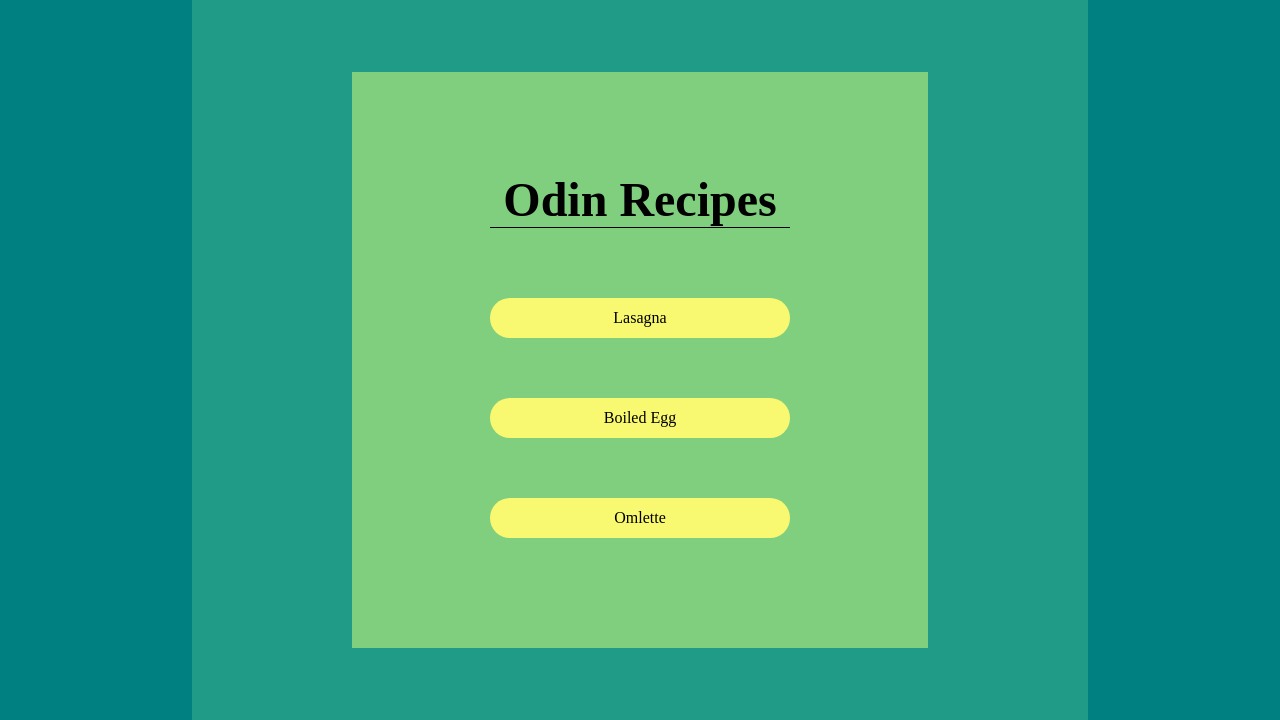
Repository: Pafestivo/odin-recipes
Page: index.html
These files come from the project's save history. The page is drawn as it stood at one moment and after a run of saves; the edit follows.
The browser window is 1280 px wide. The pictures show the whole page.

Above is the page before, as saved 2022-09-24 12:35:20.

### index.html
<!DOCTYPE html>
<html lang="en">
<head>
    <meta charset="UTF-8">
    <meta name="viewport" content="width=device-width, initial-scale=1.0">
    <link rel="stylesheet" href="css/styles.css">
    <title>Odin Recipes</title>
</head>
<body>
    <div class="container">
        <div class="inner">
            <h1>Odin Recipes</h1>
            <ul>
                <li><a href="recipes/lasagna.html">Lasagna</a></li>
                <li><a href="recipes/boiled-egg.html">Boiled Egg</a></li>
                <li><a href="recipes/omlette.html">Omlette</a></li>
            </ul>
        </div>
    </div>
</body>
</html>

### css/styles.css
* {
  box-sizing: border-box;
  padding: 0;
  margin: 0;
}

body {
  font-family: serif;
  background-color: #008080;
  padding: 1;
}

.container {
  background-color: #209B87;
  display: flex;
  width: 70vw;
  height: 100vh;
  padding: 1px;
  margin: 0 auto;
}

.inner {
  background-color: #80CF7F;
  width: 45vw;
  height: 80vh;
  margin: auto;
}

h1 {
  text-align: center;
  font-size: 3rem;
  margin: 100px auto 40px auto;
  border-bottom: 1px solid black;
  width: 300px;
}

ul {
  list-style: none;
  display: flex;
  align-items: center;
  justify-content: center;
  flex-direction: column;
}

a {
  display: flex;
  justify-content: center;
  align-items: center;
  margin: 30px 0;
  width: 300px;
  height: 40px;
  border-radius: 20px;
  text-decoration: none;
  color: inherit;
  background-color: #F9F871;
}

After the next 2 saves:
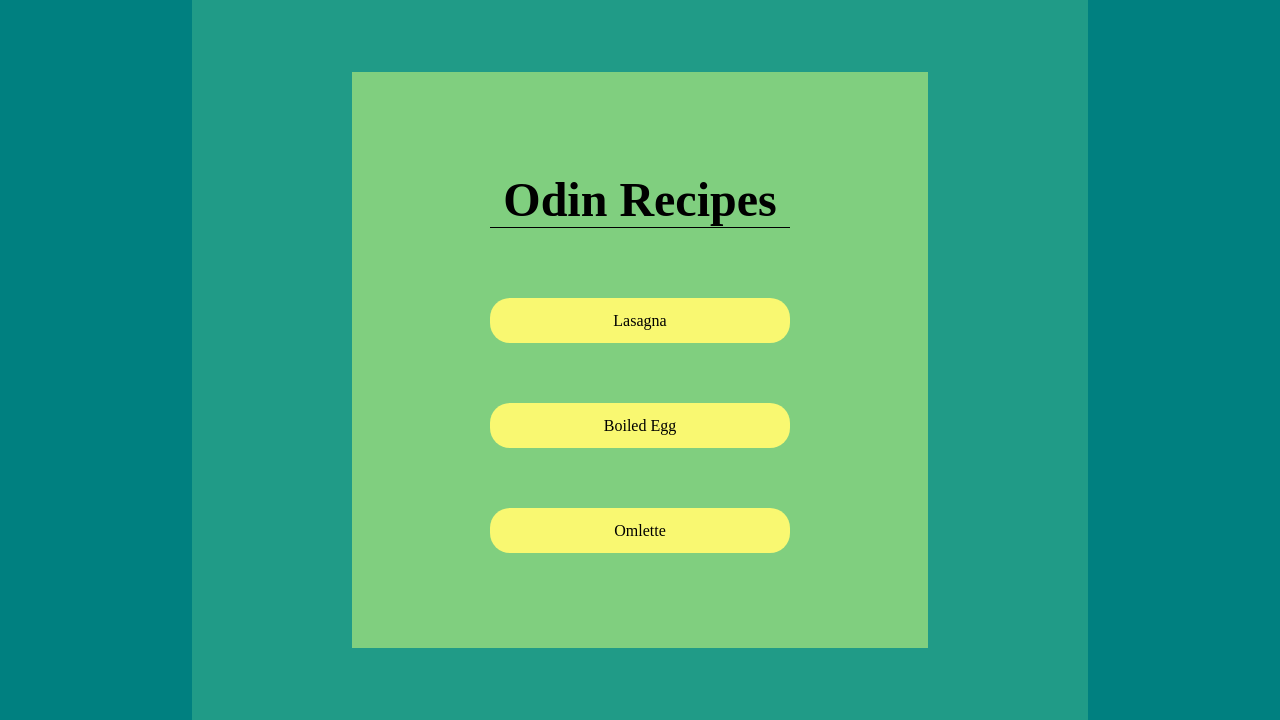
The 2 saves are shown as one change because they came seconds apart.
The last was saved 15 s later.
--- a/css/styles.css
+++ b/css/styles.css
@@ -48,7 +48,7 @@ a {
   align-items: center;
   margin: 30px 0;
   width: 300px;
-  height: 40px;
+  height: 45px;
   border-radius: 20px;
   text-decoration: none;
   color: inherit;
